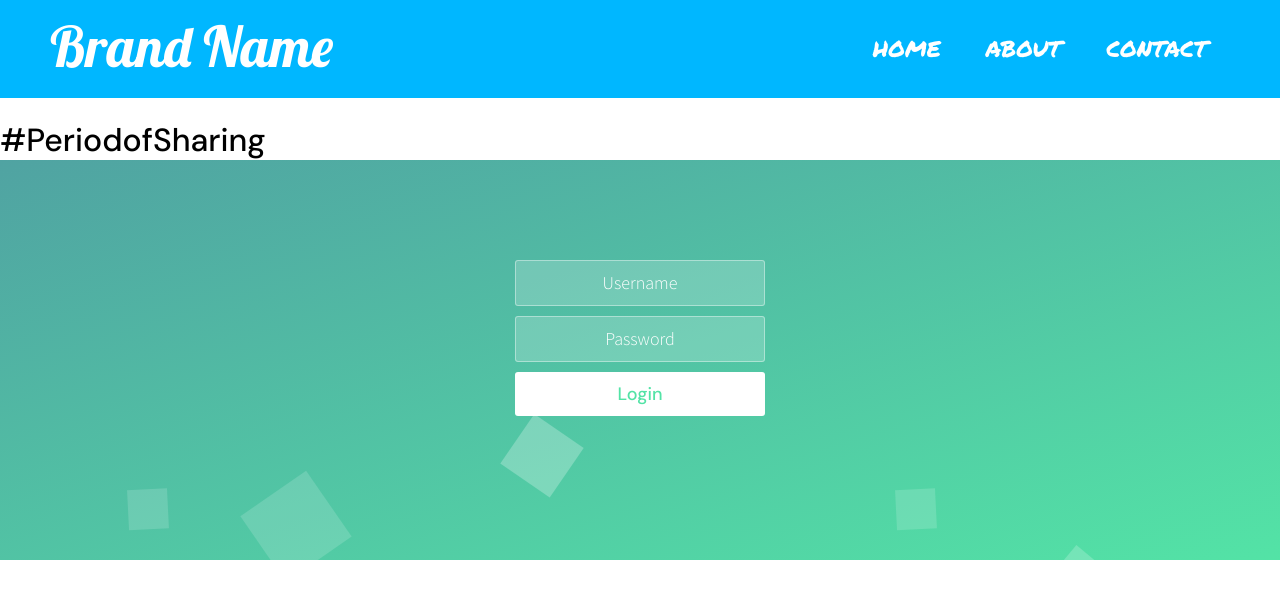
Repository: Jrap-bit/PeriodofSharing
Page: index.html
An editor plug-in stored every save of this project. The page is shown before and after the next save, followed by the edit.
The browser window is 1280 px wide. The pictures show the whole page.

Above is the page before, as saved 2022-01-13 23:57:09.

After the next save:
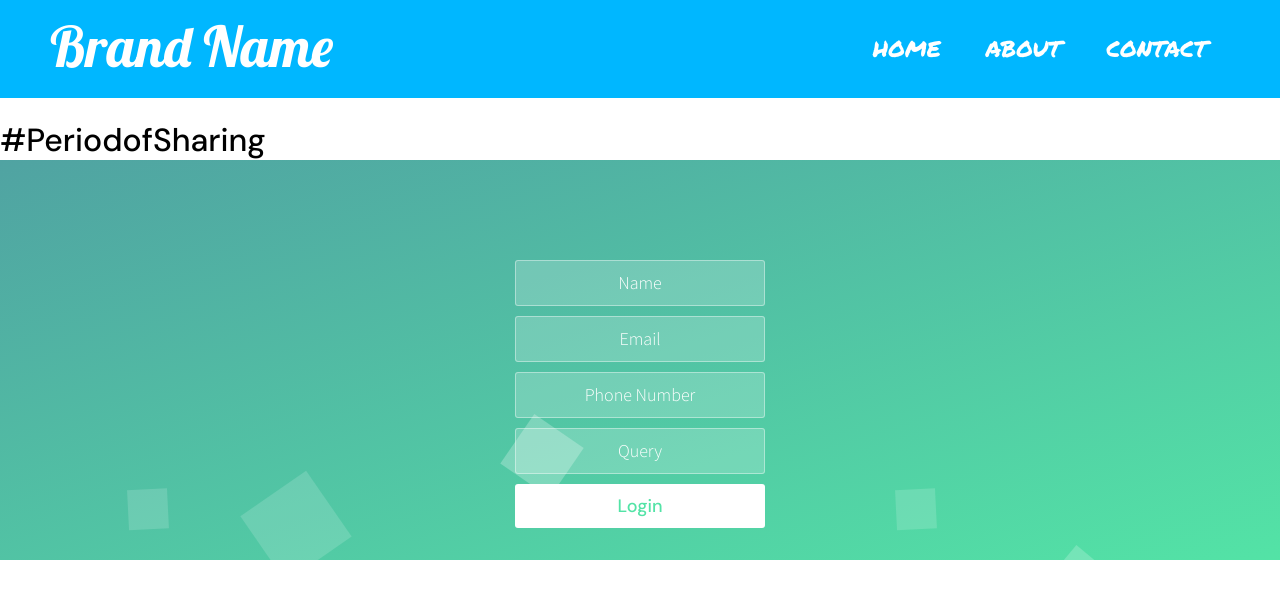
Saved 64 s later.
--- a/index.html
+++ b/index.html
@@ -67,8 +67,10 @@
         <div class="wrapper">
             <div class="container">
                 <form class="form">
-                    <input type="text" placeholder="Username">
-                    <input type="password" placeholder="Password">
+                    <input type="text" placeholder="Name">
+                    <input type="text" placeholder="Email">
+                    <input type="text" placeholder="Phone Number">
+                    <input type="text" placeholder="Query">
                     <button type="submit" id="login-button">Login</button>
                 </form>
             </div>
